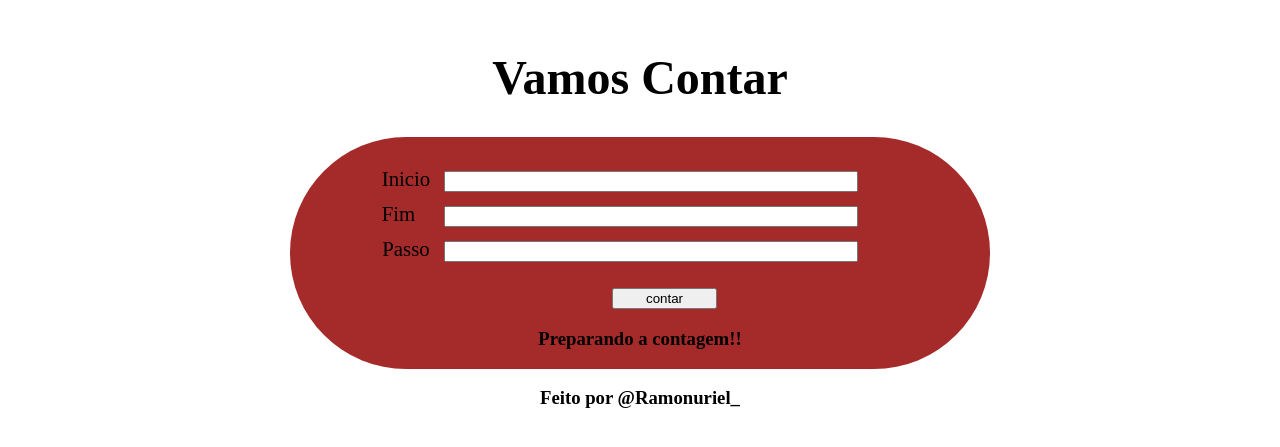
Repository: Ramonuriel/JS-Projetos
Page: Contador automatico/exercicio.html
These files come from the project's save history. The page is drawn as it stood at one moment and after the next save; the edit follows.
The browser window is 1280 px wide. The pictures show the whole page.

Above is the page before, as saved 2022-12-27 21:14:09.

### Contador automatico/exercicio.html
<!DOCTYPE html>
<html lang="en">

<head>
  <meta charset="UTF-8">
  <meta http-equiv="X-UA-Compatible" content="IE=edge">
  <meta name="viewport" content="width=device-width, initial-scale=1.0">
  <link rel="stylesheet" href="style.css">
  <title>Exercicio</title>
</head>

<body>
  <h1 class="title">Vamos Contar</h1>
  <section class="projeto">
    <ul>
      <li>
        <label for="number">Inicio</label>
        <input type="number" name="" id="inicio">
      </li>
      <li>
        <label for="number">Fim</label>
        <input type="number" name="" id="Fim">
      </li>
      <li> <label for="number">Passo</label>
        <input type="number" name="" id="Passo">
      </li>
    </ul>
    <input class="btn" type="button" value="contar" onclick="contar()">

    <div>
      <h3 class="resultado">Preparando a contagem!!</h3>
    </div>
  </section>

  <footer>
    <h3>Feito por @Ramonuriel_</h3>
  </footer>



  <script src="exercicio.js"></script>
</body>

</html>

### Contador automatico/style.css
body {
  margin: 0;
  padding: 0;
  width: 100%;
  align-items: center;
  text-align: center;
}
.title {
  font-size: 3rem;
  margin-top: 50px;
}

.projeto {
  display: inline-flex;
  flex-direction: column;
  width: 700px;
  max-height: 100%;
  background-color: brown;
  align-items: left;
  justify-content: start;
  border-radius: 1000px;
}

h2 {
  font-size: 2rem;
}

ul {
  margin-right: 80px;
  margin-top: 30px;
}
li {
  list-style-type: none;
  margin-bottom: 10px;
}

label {
  font-size: 1.3rem;
  margin-right: 10px;
}

input {
  width: 70%;
}
#Fim {
  margin-left: 15px;
}

.btn {
  margin-left: 322px;
  width: 15%;
  cursor: pointer;
}

### Contador automatico/exercicio.js
function contar() {
  let inicio = document.querySelector('#inicio')
  let fim = document.querySelector('#Fim')
  let passo = document.querySelector('#Passo')
  let res = document.querySelector('.resultado')

  if (
    inicio.value.length == 0 ||
    fim.value.length == 0 ||
    passo.value.length == 0
  ) {
    window.alert('[ERRO] Preencha todos os campos.')
  } else {
    res.innerHTML = 'Contando: '
    let i = Number(inicio.value)
    let f = Number(fim.value)
    let p = Number(passo.value)
    if (i < f)
      for (let c = i; c <= f; c += p) {
        res.innerHTML += ` ${c} \u{1f449}, `
      }
    else {
      for (let c = i; c >= f; c -= p) {
        res.innerHTML += ` ${c} \u{1f449}`
      }
    }
  }
}

After the next save:
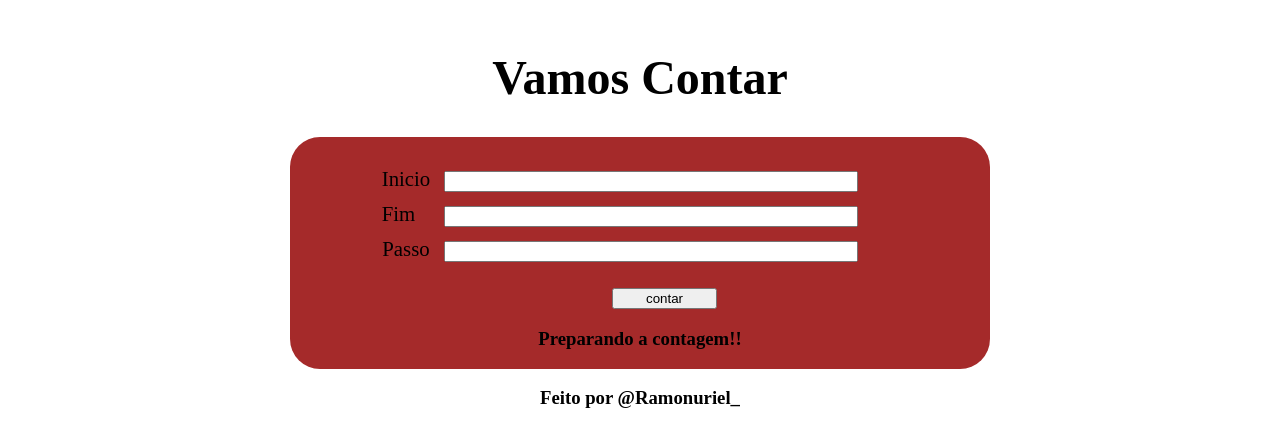
Saved 23 s later.
--- a/Contador automatico/style.css
+++ b/Contador automatico/style.css
@@ -18,7 +18,7 @@ body {
   background-color: brown;
   align-items: left;
   justify-content: start;
-  border-radius: 1000px;
+  border-radius: 30px;
 }
 
 h2 {
